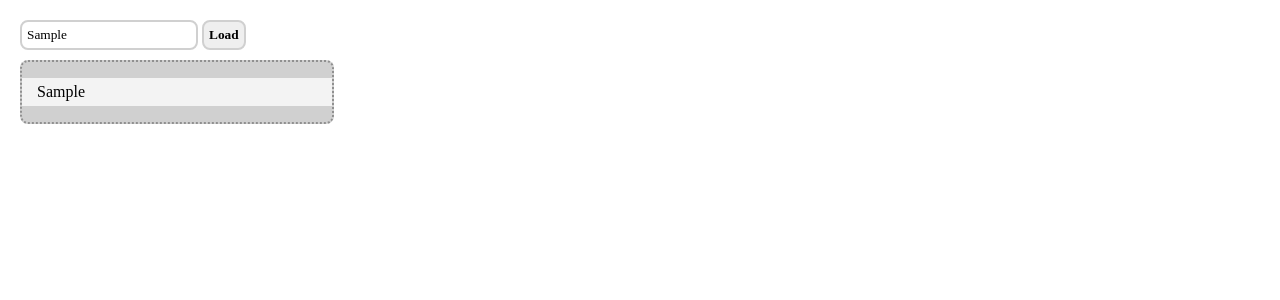
Repository: jenny241093/JS-Core
Page: 03.JSApplications/08.TemplatinExercises/01.List-Towns/listTown.html
These files come from the project's save history. The page is drawn as it stood at one moment and after the next save; the edit follows.
The browser window is 1280 px wide. The pictures show the whole page.
Empty fields were first filled with sample values (such as "Sample", 5 or name@example.com).
After loading, the first visible `#btnLoadTowns` was clicked once.
Some web fonts or font styles are not loaded; a fallback is used. Some web libraries are served in a nearby version.

Above is the page before, as saved 2019-04-04 19:21:48.

### 03.JSApplications/08.TemplatinExercises/01.List-Towns/listTown.html
<!DOCTYPE HTML>
<HTML lang="en">

<head>
    <meta charset="UTF-8">
    <title>List Town</title>
    <script src="../node_modules/handlebars/dist/handlebars.min.js"></script>
    <script src="https://code.jquery.com/jquery-3.1.1.min.js"></script>
    <link href="./style.css" , type="text/css" rel="stylesheet"></link>
    <script src="towns.js"></script>
</head>

<body>
    <input id="towns" type="text" />
    <button id="btnLoadTowns">Load</button>
    <div id="root"></div>
</body>
<script>
    $(() => attachEvents())
</script>
<!-- <script type="text/x-handlebars-template" id="towns-template">
    {{#each towns}}
    <li>{{name}}</li>
    {{/each}}
</script> -->

</HTML>

### 03.JSApplications/08.TemplatinExercises/01.List-Towns/style.css
@import url('https://fonts.googleapis.com/css?family=Sniglet');

body {
  margin: 20px;
  font-family: 'Sniglet',
  cursive;
}

input {
  padding: 5px;
  border: 2px solid rgb(208, 208, 208);
  border-radius: 8px;
  font-family: 'Sniglet',
  cursive;
  outline:none;
}

button {
  padding: 5px;
  border-radius: 8px;
  border: 2px solid rgb(208, 208, 208);
  font-weight: bold;
  outline: none;
  font-family: 'Sniglet',
  cursive;
}

button:hover {
  background: rgb(243, 243, 243);
}

#root {
  margin: 10px 0px;
  width: 25%;
  border-radius: 8px;
  border: 2px dotted rgb(144, 144, 144);
  background: rgb(208, 208, 208);
}

ul {
  padding: 0px;
}

li {
  list-style-type: none;
  background: rgb(243, 243, 243);
  margin: 5px 0px;
  padding: 5px 15px;
}

### 03.JSApplications/08.TemplatinExercises/01.List-Towns/towns.js
// function attachEvents() {
//     $('#btnLoadTowns').on('click', function() {
//         console.log('ook');
//         let towns = $('#towns').val().split(', ').map((t) => {
//             return { name: t };
//         });
//         console.log(towns);
//         let template = $(`#towns-template`).html();
//         let compiledTemplate = Handlebars.compile(template);
//         let renderedHtml = compiledTemplate({ towns });
//         $('#root').append(renderedHtml);
//     });
//
// }
function attachEvents() {
    $('#btnLoadTowns').on('click', getTownInfo)

    function getTownInfo() {
        let townsData = $('#towns').val().split(', ').reduce((acc, cur) => {
            console.log(cur);
            acc.towns.push({ 'town': cur });
            return acc;
        }, { 'towns': [] });
        console.log(townsData);
        renderTowns(townsData);

    }

    async function renderTowns(towns) {
        let source = await $.get('template.hbs');
        let template = Handlebars.compile(source);
        $('#root').html(template(towns));
    }
}
//Sofia, Varna, Burgas

Loaded but not shown: 03.JSApplications/08.TemplatinExercises/node_modules/handlebars/dist/handlebars.min.js (library)

After the next save:
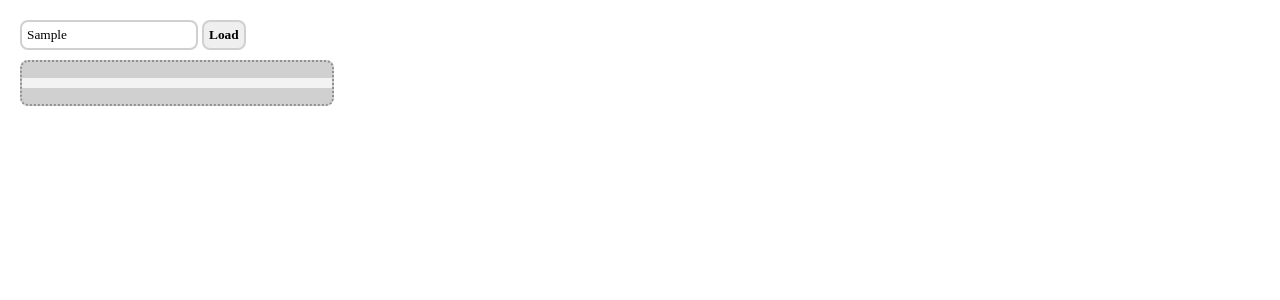
Saved 96 s later.
--- a/03.JSApplications/08.TemplatinExercises/01.List-Towns/towns.js
+++ b/03.JSApplications/08.TemplatinExercises/01.List-Towns/towns.js
@@ -29,7 +29,8 @@
     async function renderTowns(towns) {
         let source = await $.get('template.hbs');
         let template = Handlebars.compile(source);
-        $('#root').html(template(towns));
+        let renderedHtml = template({ towns });
+        $('#root').append(renderedHtml);
     }
 }
 //Sofia, Varna, Burgas

After the save that followed:
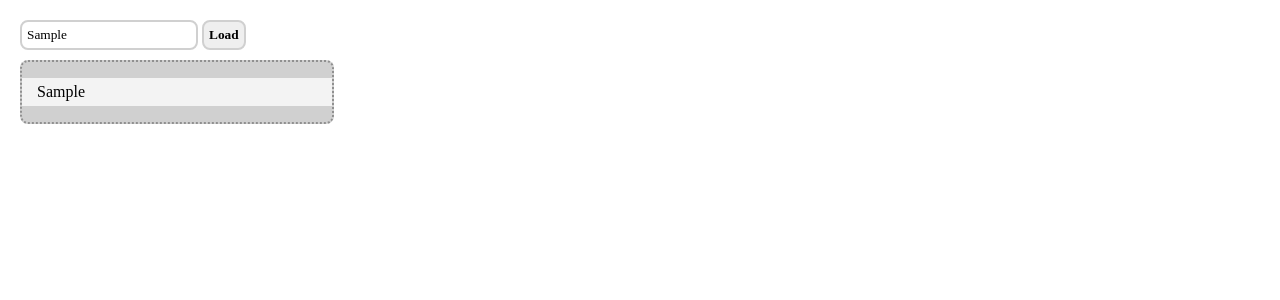
Saved 27 s later.
--- a/03.JSApplications/08.TemplatinExercises/01.List-Towns/towns.js
+++ b/03.JSApplications/08.TemplatinExercises/01.List-Towns/towns.js
@@ -29,7 +29,7 @@
     async function renderTowns(towns) {
         let source = await $.get('template.hbs');
         let template = Handlebars.compile(source);
-        let renderedHtml = template({ towns });
+        let renderedHtml = template(towns);
         $('#root').append(renderedHtml);
     }
 }
